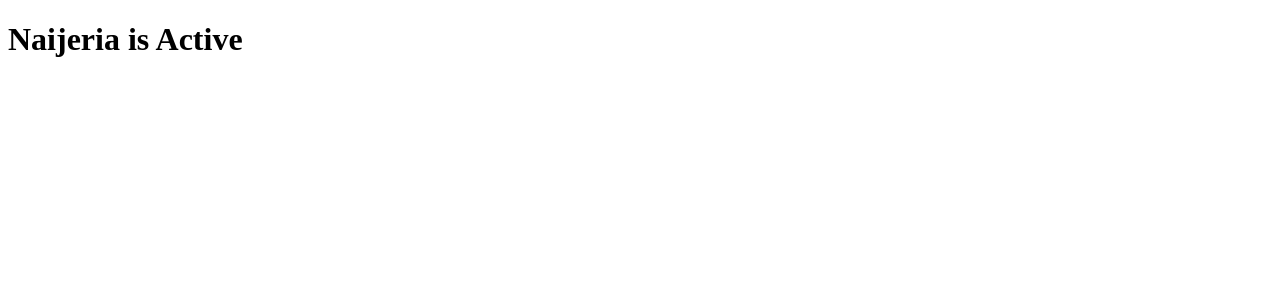
Repository: nashthecoder/vuebasics
Page: watchers.html
These files come from the project's save history. The page is drawn as it stood at one moment and after the next save; the edit follows.
The browser window is 1280 px wide. The pictures show the whole page.

Above is the page before, as saved 2021-01-05 22:03:50.

### watchers.html

<!DOCTYPE html>
<html lang="en">

<div id="app">


  <h1>Naijeria {{ isActive === 'active' ? 'is Active' : 'not active' }}</h1>


</div>

<script src="https://cdn.jsdelivr.net/npm/vue@2/dist/vue.js"></script>


<script>

  let vm = new Vue({

    el: '#app',
    data: {
      isActive: 'active'
    }

  })

</script>

After the next save:
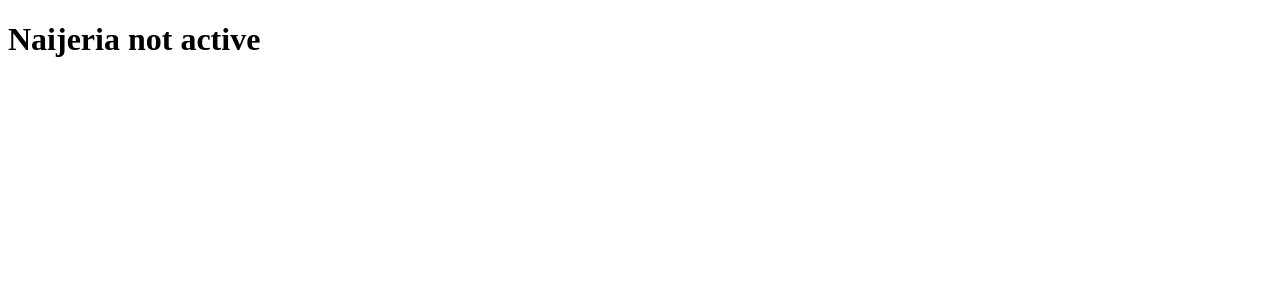
Saved 88 s later.
--- a/watchers.html
+++ b/watchers.html
@@ -19,7 +19,7 @@
 
     el: '#app',
     data: {
-      isActive: 'active'
+      isActive: 'not active'
     }
 
   })
